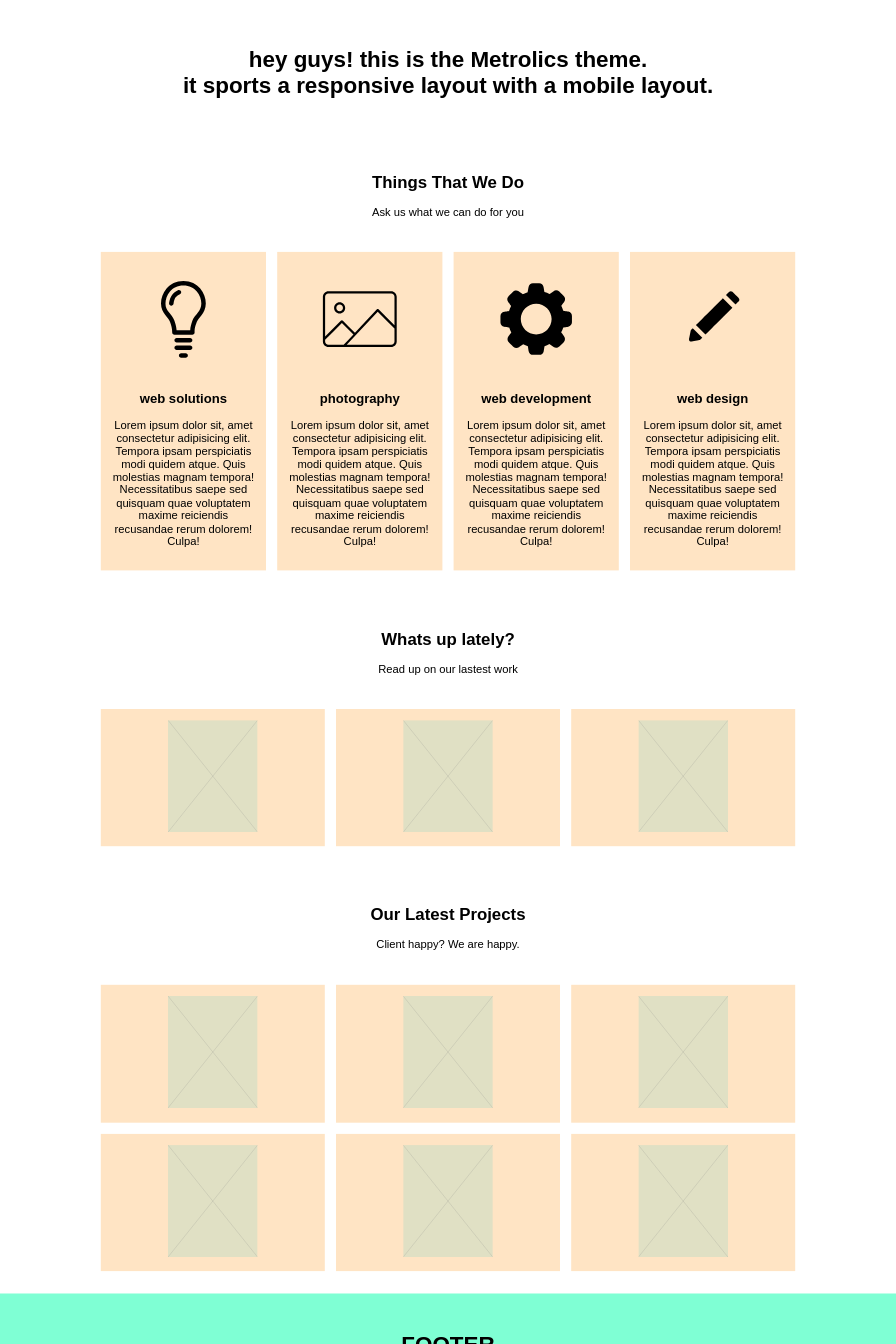
Repository: jjennbui/MDIA2003G-Assignment03B
Page: index.html
These files come from the project's save history. The page is drawn as it stood at one moment and after a run of saves; the edit follows.
The browser window is 1280 px wide. The pictures show the part of the page from y = 417 to 2337 px (the page is 2717 px tall before and 2737 px after), at 70% of full size.

Above is the page before, as saved 2023-02-01 13:52:07.

### index.html
<!doctype html>
<html class="no-js" lang="">

<head>
  <meta charset="utf-8">
  <title></title>
  <meta name="description" content="">
  <meta name="viewport" content="width=device-width, initial-scale=1">

  <meta property="og:title" content="">
  <meta property="og:type" content="">
  <meta property="og:url" content="">
  <meta property="og:image" content="">

  <link rel="manifest" href="site.webmanifest">
  <link rel="apple-touch-icon" href="icon.png">
  <!-- Place favicon.ico in the root directory -->

  <link rel="stylesheet" href="css/normalize.css">
  <link rel="stylesheet" href="css/main.css">

  <meta name="theme-color" content="#fafafa">
</head>

<body>

  <div class="menu">
    <div class="menu-bar">
      <div class="Metrolics">Metrolics</div>

      <div class="home">
        <div class="navicon"> <img src="img/house-solid.svg"></div>
        <p>Home</p>
      </div>


      <div class="pages">
        <div class="navicon"> <img src="img/network-solid.svg">
        </div>
        <p>Pages</p>
      </div>

      <div class="blog">
        <div class="navicon"><img src="img/volume-3-solid.svg"></div>
        <p>Blog</p>
      </div>


      <div class="portfolio">
        <div class="navicon"> <img src="img/handbag-solid.svg">
        </div>
        <p>Porfolio</p>
      </div>

    <div class="envelope">
      <div class="navicon"> <img src="img/envelope-solid.svg">  </div>
      <p>Home</p>
    </div>
    </div>




    <div class="hamburger">
      <img src="img/three-bars-solid.svg">
    </div>
  </div>

  <div class="main-image">
    <div class="col">
      <img src="img/placeholder (1).svg" >
    </div>
  </div>

  <div class="SECTION-ONE">
    <div class="text">
      <h1>hey guys! this is the Metrolics theme. <br> it sports a responsive layout with a mobile layout.</h1>
    </div>
  </div>

  <div class="SECTION-TWO">

    <div class="text">
      <h2>Things That We Do</h2>
      <p>Ask us what we can do for you</p>
    </div>

    <div class="row m-row-2">
      <div class="col">
        <img src="img/fi-xnsuxl-bulb.svg">
        <h3>web solutions</h3>
        <p>Lorem ipsum dolor sit, amet consectetur adipisicing elit. Tempora ipsam perspiciatis modi quidem atque. Quis
          molestias magnam tempora! Necessitatibus saepe sed quisquam quae voluptatem maxime reiciendis recusandae rerum
          dolorem! Culpa!</p>
      </div>
      <div class="col">
        <img src="img/fi-xtluxl-image-thin.svg">
        <h3>photography</h3>
        <p>Lorem ipsum dolor sit, amet consectetur adipisicing elit. Tempora ipsam perspiciatis modi quidem atque. Quis
          molestias magnam tempora! Necessitatibus saepe sed quisquam quae voluptatem maxime reiciendis recusandae rerum
          dolorem! Culpa!</p>
      </div>
      <div class="col">
        <img src="img/fi-xnsuxl-setting-solid.svg">
        <h3>web development</h3>
        <p>Lorem ipsum dolor sit, amet consectetur adipisicing elit. Tempora ipsam perspiciatis modi quidem atque. Quis
          molestias magnam tempora! Necessitatibus saepe sed quisquam quae voluptatem maxime reiciendis recusandae rerum
          dolorem! Culpa!</p>
      </div>
      <div class="col">
        <img src="img/fi-xwsuxl-pen.svg">
        <h3>web design</h3>
        <p>Lorem ipsum dolor sit, amet consectetur adipisicing elit. Tempora ipsam perspiciatis modi quidem atque. Quis
          molestias magnam tempora! Necessitatibus saepe sed quisquam quae voluptatem maxime reiciendis recusandae rerum
          dolorem! Culpa!</p>
      </div>
    </div>
  </div>

  <div class="SECTION-THREE">
    <div class="text">
      <h2>Whats up lately?</h2>
      <p>Read up on our lastest work</p>
    </div>
    <div class="row m-row-3">
      <div class="col m-row-span">
        <img src="img/placeholder (1).svg">
      </div>
      <div class="col">
        <img src="img/placeholder (1).svg">
      </div>
      <div class="col">
        <img src="img/placeholder (1).svg">
      </div>
      <div class="column">
        <img src="img/placeholder (1).svg">
      </div>
    </div>
  </div>

  <div class="SECTION-FOUR">
    <div class="text">
      <h2>Our Latest Projects</h2>
      <p>Client happy? We are happy.</p>
    </div>
    <div class="row m-row-4">
      <div class="col m-row-span">
        <img src="img/placeholder (1).svg">
      </div>
      <div class="col">
        <img src="img/placeholder (1).svg">
      </div>
      <div class="col">
        <img src="img/placeholder (1).svg">
      </div>
      <div class="col">
        <img src="img/placeholder (1).svg">
      </div>
      <div class="col">
        <img src="img/placeholder (1).svg">
      </div>
      <div class="col">
        <img src="img/placeholder (1).svg">
      </div>
    </div>
  </div>




  <div class="footer">
    <div class="text">
      <H1>FOOTER</H1>
    </div>
    <div class="row m-row-7">
      <div class="col">
        <H1>GRID</H1>
        <img src="img/placeholder (1).svg" alt="placeholder">
      </div>
      <div class="col">
        <H1>GRID</H1>
        <img src="img/placeholder (1).svg" alt="placeholder">
      </div>
      <div class="col2">
        <H1>GRID</H1>
        <img src="img/placeholder (1).svg" alt="placeholder">
      </div>
      <div class="col2">
        <H1>GRID</H1>
        <img src="img/placeholder (1).svg" alt="placeholder">
      </div>
    </div>
  </div>





</body>

</html>

### css/main.css
*,
*:before,
*:after {
  box-sizing: border-box;
}

img {
  width: 100%;

}


body{


}


div,
main,
section,
footer,
main,
header {

  min-height: 1rem;
  padding: 1rem;


}
.home {
  background-color: green;
  color: white;

}

.pages{
  background-color: orange;
  color: white;
}

.blog{
  background-color: rgb(193, 71, 71);
  color: white;
}

.portfolio{
  background-color: rgb(67, 67, 198);
  color: white;
}

.envelope{
  background-color: rgb(44, 44, 108);
  color: white;
}
.menu{

  display: grid;
  justify-content: center;
}
.menu-bar{
  display: grid;
  text-align: left;
  font-family: Arial, Helvetica, sans-serif;
  justify-content: center;
}

.navicon{
  position: relative;
  left: 5px;
  width: 50px;
  height: 20px;
  margin-bottom: 40px;


}

.Metrolics{
  position: relative;
  margin-top: 25px;
  font-size: large;
}

.col {

  background-color: bisque;
  font-family: Arial, Helvetica, sans-serif;
}

.col2 {

  background-color: bisque;
}

.column {
  background-color: bisque;
}

.tab {
  background-color: beige;
}

.text {
  text-align: center;
  font-family: Arial, Helvetica, sans-serif;
 pa
}

img {
  width: 8rem;
  height: 10rem;
}

.footer {
  background-color: aquamarine;
}

.hamburger {
  position: relative;
  left: 200px;
  text-align: end;
}

.row {
  margin-left: 7rem;
  margin-right: 7rem;
  display: grid;
  row-gap: 1rem;
  column-gap: 1rem;
  row-gap: 1rem;
  text-align: center;
}

/* Small only */
@media screen and (max-width: 39.9375em) {
  .tab {
    display: none;
  }

  .SECTION-FIVE {
    display: none;
  }

  .section-six {
    display: none;
  }

  .main-image {
    display: none;
  }

  .m-row-6 {
    grid-template-columns: repeat(3, 1fr);
  }

  .m-row-7 {
    grid-template-columns: repeat(1, 1fr);
  }

  img {
    width: 4rem;
    height: 8rem;
  }

  .col2 {
    display: none;
  }

  .menu-bar{
    display: none;
  }


}

/* Medium and up */
@media screen and (min-width: 40em) and (max-width: 55.9375em) {

  .m-row-2 {
    grid-template-columns: 1fr 1fr;
  }

  .m-row-3 {
    grid-template-columns: repeat(2, 1fr);
  }

  .m-row-4 {
    grid-template-columns: repeat(2, 1fr);
  }

  .hamburger {
    display: none;
  }

  .m-row-6 {
    grid-template-columns: repeat(1, 1fr);
  }

  .col2 {
    display: none;
  }

  .m-row-7 {
    grid-template-columns: repeat(1, 1fr);
  }

  .menu-bar {
    grid-template-columns: repeat(6, 1fr);
  }
}

/*Medium Only*/
@media screen and (min-width: 56em) and (max-width: 63.9375em) {
  .m-row-6 {
    grid-template-columns: repeat(5, 1fr);
  }

  .m-row-7 {
    grid-template-columns: repeat(2, 1fr);
  }

  .hamburger {
    display: none;
  }

  .menu-bar {
    grid-template-columns: repeat(6, 1fr);
  }

  .m-row-2{
    grid-template-columns: repeat(2, 1fr);
  }

  .m-row-3{
    grid-template-columns: repeat(2, 1fr);
  }

  .m-row-4 {
    grid-template-columns: repeat(2, 1fr);
  }
}

/* Large and up */
@media screen and (min-width: 64em) {
  .m-row-2 {
    grid-template-columns: repeat(4, 1fr);
  }

  .m-row-3 {
    grid-template-columns: 1fr 1fr 1fr;
  }

  .m-row-4 {
    grid-template-columns: repeat(3, 1fr);
  }

  .column {
    display: none;
  }

  .m-row-5 {
    grid-template-columns: repeat(2, 1fr);
  }

  .m-row-6 {
    grid-template-columns: repeat(5, 1fr);
  }

  .m-row-7 {
    grid-template-columns: repeat(4, 1fr);
  }

  .hamburger {
    display: none;
  }

  .menu-bar {
    grid-template-columns: repeat(6, 1fr);
  }



  /* Large only */
  @media screen and (min-width: 64em) and (max-width: 74.9375em) {}
}

### img/house-solid.svg
<?xml version="1.0" encoding="UTF-8" standalone="no"?>
<svg
    role="img"
    xmlns="http://www.w3.org/2000/svg"
    width="1000mm"
    height="1000mm"
    viewBox="0 0 4000 4000"
    style="max-width:1.6em; height: auto;">

    <path
        id="path"
        style="opacity:1;vector-effect:none;fill:#000000;fill-opacity:1;"
        d=" M 500 75C 514 75 528 82 540 94C 540 94 950 504 950 504C 960 514 960 519 950 529C 950 529 915 564 915 564C 905 574 895 574 885 564C 885 564 515 194 515 194C 505 184 495 184 485 194C 485 194 115 564 115 564C 105 574 95 574 85 564C 85 564 50 529 50 529C 40 519 40 514 50 504C 50 504 135 419 135 419C 145 409 150 399 150 389C 150 389 150 267 150 267C 150 267 150 154 150 154C 150 139 160 129 175 129C 175 129 300 129 300 129C 315 129 326 139 325 154C 325 154 325 229 325 229C 325 229 460 94 460 94C 472 82 486 75 500 75C 500 75 500 75 500 75M 500 236C 505 236 510 239 515 244C 515 244 835 564 835 564C 845 574 850 579 850 594C 850 594 850 879 850 879C 850 914 835 929 800 929C 800 929 600 929 600 929C 590 929 575 914 575 904C 575 904 575 754 575 754C 575 739 565 729 550 729C 550 729 450 729 450 729C 435 729 425 739 425 754C 425 754 425 904 425 904C 425 914 410 929 400 929C 400 929 200 929 200 929C 165 929 150 914 150 879C 150 879 150 594 150 594C 150 579 155 574 165 564C 165 564 485 244 485 244C 490 239 495 236 500 236C 500 236 500 236 500 236"
        transform="2.5">
    </path>
</svg>

### img/network-solid.svg
<?xml version="1.0" encoding="UTF-8" standalone="no"?>
<svg
    role="img"
    xmlns="http://www.w3.org/2000/svg"
    width="1000mm"
    height="1000mm"
    viewBox="0 0 4000 4000"
    style="max-width:1.6em; height: auto;">

    <path
        id="path"
        style="opacity:1;vector-effect:none;fill:#000000;fill-opacity:1;"
        d=" M 428 168C 428 202 411 232 386 250C 386 250 446 378 446 378C 455 376 465 375 475 375C 544 375 600 431 600 500C 600 509 599 518 597 527C 597 527 705 574 705 574C 723 547 754 528 790 528C 844 528 890 573 890 628C 890 683 844 728 790 728C 735 728 690 683 690 628C 690 626 690 624 690 622C 690 622 577 572 577 572C 554 604 517 625 475 625C 406 625 350 569 350 500C 350 459 370 423 401 400C 401 400 339 268 339 268C 335 268 331 268 328 268C 273 268 228 223 228 168C 228 114 273 68 328 68C 383 68 428 114 428 168C 428 168 428 168 428 168M 925 240C 925 295 880 340 825 340C 770 340 725 295 725 240C 725 186 770 140 825 140C 880 140 925 186 925 240C 925 240 925 240 925 240M 717 322C 720 332 717 344 709 351C 709 351 639 408 639 408C 628 417 612 415 603 405C 594 394 596 378 607 369C 607 369 677 312 677 312C 681 308 687 306 692 306C 693 306 693 306 693 306C 704 306 713 313 717 322C 717 322 717 322 717 322M 400 500C 400 542 433 575 475 575C 517 575 550 542 550 500C 550 458 517 425 475 425C 433 425 400 458 400 500C 400 500 400 500 400 500M 373 626C 377 635 375 646 368 653C 368 653 313 709 313 709C 303 719 287 719 277 709C 267 699 267 683 277 673C 277 673 332 618 332 618C 337 613 343 611 350 611C 350 611 350 611 351 611C 361 611 370 617 373 626C 373 626 373 626 373 626M 275 800C 275 855 230 900 175 900C 120 900 75 855 75 800C 75 745 120 700 175 700C 230 700 275 745 275 800C 275 800 275 800 275 800"
        transform="">
    </path>
</svg>

### img/volume-3-solid.svg
<?xml version="1.0" encoding="UTF-8" standalone="no"?>
<svg
    role="img"
    xmlns="http://www.w3.org/2000/svg"
    width="1000mm"
    height="1000mm"
  viewBox="0 0 4000 4000"
    style="max-width:1.6em; height: auto;">

    <path
        id="path"
        style="opacity:1;vector-effect:none;fill:#000000;fill-opacity:1;"
        d=" M 624 333C 635 333 646 338 653 347C 726 433 728 558 659 646C 651 657 637 663 624 661C 611 659 599 650 594 637C 589 625 591 611 600 600C 647 539 646 454 596 395C 586 384 584 369 590 355C 596 342 609 334 624 333C 624 333 624 333 624 333M 719 253C 731 253 742 258 749 267C 859 398 863 588 757 723C 749 734 736 739 722 738C 709 736 698 727 693 714C 688 702 690 688 698 677C 782 570 779 419 692 315C 682 304 680 288 686 275C 692 262 705 253 719 253C 719 253 719 253 719 253M 815 172C 827 172 837 177 845 186C 993 362 998 619 856 800C 848 811 834 816 821 815C 808 813 796 804 791 791C 786 779 788 765 797 754C 917 600 913 384 787 234C 778 223 775 208 781 195C 787 181 801 173 815 172C 815 172 815 172 815 172M 491 162C 498 162 505 164 511 167C 529 175 541 193 541 212C 541 212 541 788 541 788C 541 807 529 825 511 833C 493 841 472 838 457 825C 457 825 305 688 305 688C 296 680 284 675 272 675C 272 675 91 675 91 675C 78 675 65 670 56 660C 46 651 41 638 41 625C 41 625 41 375 41 375C 41 362 46 349 56 340C 65 330 78 325 91 325C 91 325 272 325 272 325C 284 325 296 320 305 312C 305 312 457 175 457 175C 467 167 479 162 491 162C 491 162 491 162 491 162"
        transform="">
    </path>
</svg>

### img/handbag-solid.svg
<?xml version="1.0" encoding="UTF-8" standalone="no"?>
<svg
    role="img"
    xmlns="http://www.w3.org/2000/svg"
    width="1000mm"
    height="1000mm"
    viewBox="0 0 4000 4000"
    style="max-width:1.6em; height: auto;">

    <path
        id="path"
        style="opacity:1;vector-effect:none;fill:#000000;fill-opacity:1;"
        d=" M 636 415C 617 415 601 431 601 450C 601 469 617 484 636 484C 655 484 670 469 670 450C 670 431 655 415 636 415C 636 415 636 415 636 415M 361 415C 341 415 326 430 326 449C 326 468 341 484 361 484C 380 484 395 468 395 449C 395 430 380 415 361 415C 361 415 361 415 361 415M 500 246C 445 246 402 290 402 344C 402 344 402 382 402 382C 402 382 600 382 600 382C 600 382 600 343 600 343C 600 289 555 245 500 246C 500 246 500 246 500 246M 500 171C 595 170 675 247 675 343C 675 343 675 382 675 382C 675 382 700 382 700 382C 755 382 795 428 800 480C 800 480 825 727 825 727C 830 785 780 829 725 829C 725 829 275 829 275 829C 220 829 169 785 175 727C 175 727 200 480 200 480C 205 428 245 382 300 382C 300 382 327 382 327 382C 327 382 327 344 327 344C 327 344 327 344 327 344C 327 249 405 171 500 171C 500 171 500 171 500 171"
        transform="">
    </path>
</svg>

### img/envelope-solid.svg
<?xml version="1.0" encoding="UTF-8" standalone="no"?>
<svg
    role="img"
    xmlns="http://www.w3.org/2000/svg"

    viewBox="0 0 4000 4000"
    style="max-width:1.6em; height: auto;">

    <path
        id="path"
        style="opacity:1;vector-effect:none;fill:#000000;fill-opacity:1;"
        d=" M 900 163C 934 163 962 191 962 225C 962 225 962 305 962 305C 962 305 579 569 579 569C 545 592 521 600 500 600C 479 600 455 592 421 569C 421 569 38 305 38 305C 38 305 38 225 38 225C 38 191 66 163 100 163C 100 163 900 163 900 163M 379 631C 379 631 379 631 379 631C 420 658 459 675 500 675C 541 675 580 658 621 631C 621 631 621 631 621 631C 621 631 962 396 962 396C 962 396 962 800 962 800C 962 834 934 862 900 862C 900 862 100 862 100 862C 66 862 38 834 38 800C 38 800 38 396 38 396C 38 396 379 631 379 631"
        transform="">
    </path>
</svg>

### img/fi-xnsuxl-bulb.svg
<?xml version="1.0" encoding="UTF-8" standalone="no"?>
<svg
    role="img"
    xmlns="http://www.w3.org/2000/svg"
    width="1000mm"
    height="1000mm"
    viewBox="0 0 1000 1000"
    style="max-width:1.6em; height: auto;">

    <path
        id="path"
        style="opacity:1;vector-effect:none;fill:#000000;fill-opacity:1;"
        d=" M 688 159C 729 207 750 269 750 325C 750 382 726 424 702 457C 678 489 655 514 649 533C 630 588 625 602 625 650C 625 664 614 675 600 675C 600 675 400 675 400 675C 386 675 375 664 375 650C 375 604 365 573 351 533C 342 504 319 482 296 451C 273 421 250 381 250 325C 250 269 271 207 312 159C 354 110 418 75 500 75C 582 75 646 110 688 159C 688 159 688 159 688 159M 350 191C 317 230 300 281 300 325C 300 369 315 394 336 421C 356 448 384 475 399 517C 410 551 421 584 424 625C 424 625 576 625 576 625C 578 588 586 563 601 517C 614 481 641 456 662 427C 683 398 700 368 700 325C 700 281 683 230 650 191C 616 152 568 125 500 125C 432 125 384 152 350 191C 350 191 350 191 350 191M 475 194C 477 206 472 217 461 222C 415 245 399 263 390 329C 388 342 375 352 361 350C 348 348 338 335 340 321C 351 247 385 205 439 178C 442 176 446 175 450 175C 462 175 472 183 475 194C 475 194 475 194 475 194M 575 710C 589 710 600 721 600 735C 600 749 589 760 575 760C 575 760 425 760 425 760C 411 760 400 749 400 735C 400 721 411 710 425 710C 425 710 575 710 575 710M 575 795C 589 795 600 806 600 820C 600 834 589 845 575 845C 575 845 425 845 425 845C 411 845 400 834 400 820C 400 806 411 795 425 795C 425 795 575 795 575 795M 525 880C 539 880 550 891 550 905C 550 919 539 930 525 930C 507 930 491 930 475 930C 461 930 450 919 450 905C 450 891 461 880 475 880C 491 880 507 880 525 880C 525 880 525 880 525 880"
        transform="">
    </path>
</svg>

Loaded but not shown: css/normalize.css (library)

After the next 2 saves:
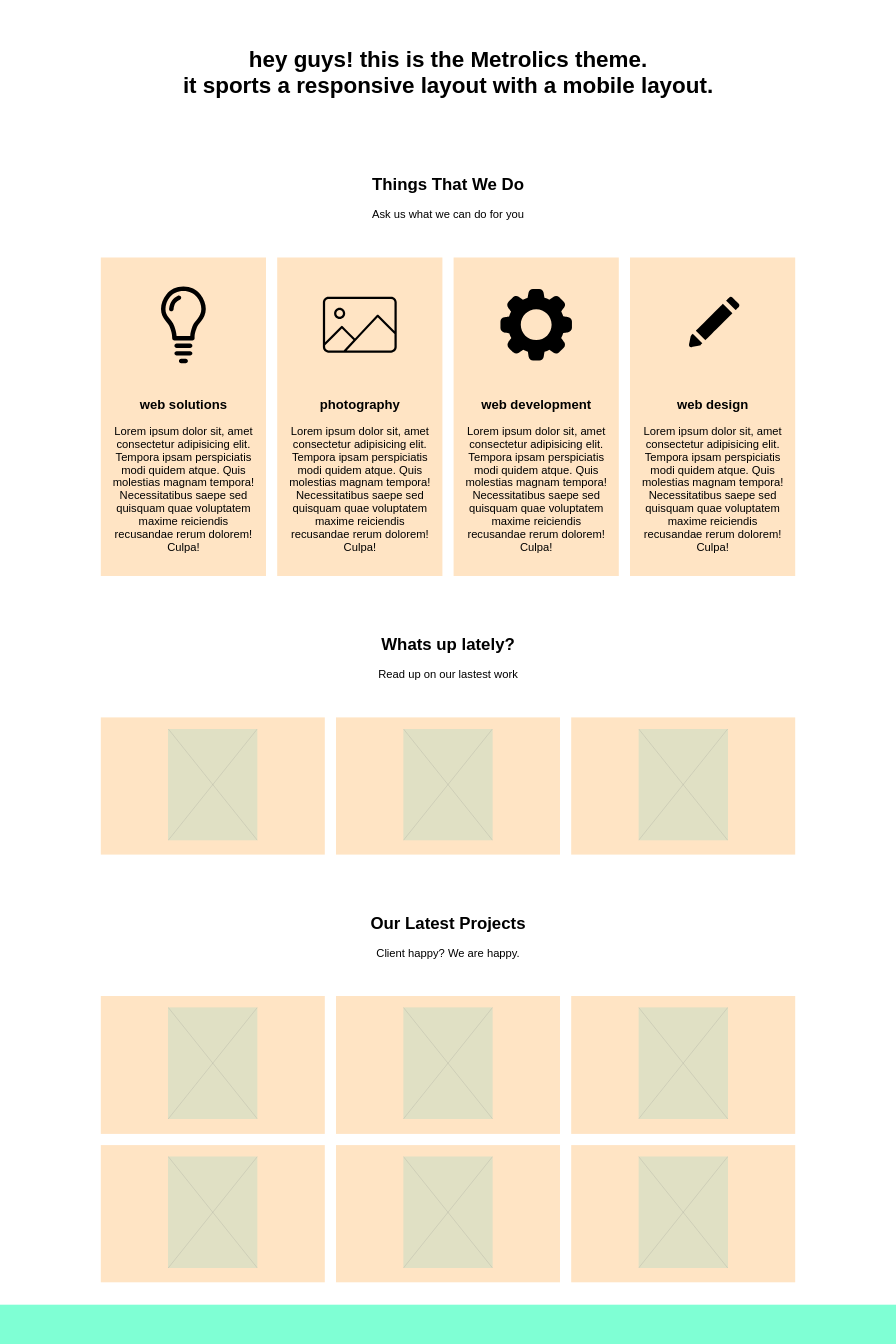
The 2 saves are shown as one change because they came seconds apart.
The last was saved 8 s later.
--- a/css/main.css
+++ b/css/main.css
@@ -103,7 +103,7 @@
 .text {
   text-align: center;
   font-family: Arial, Helvetica, sans-serif;
- pa
+ padding-bottom: 20px;
 }
 
 img {

After the 2 saves that followed:
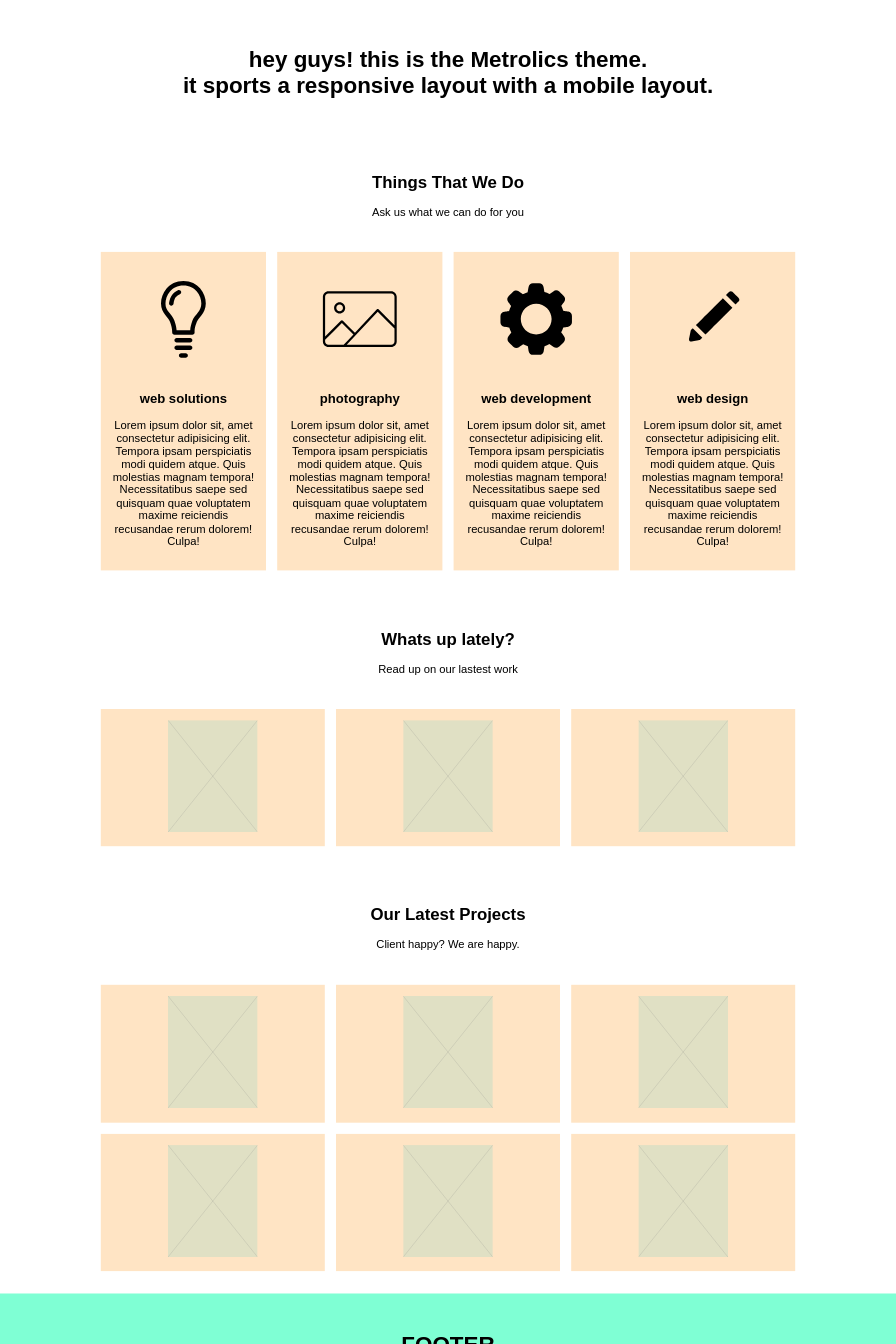
The 2 saves are shown as one change because they came seconds apart.
The last was saved 6 s later.
--- a/css/main.css
+++ b/css/main.css
@@ -103,7 +103,7 @@
 .text {
   text-align: center;
   font-family: Arial, Helvetica, sans-serif;
- padding-bottom: 20px;
+ padding-bottom: -20;
 }
 
 img {
